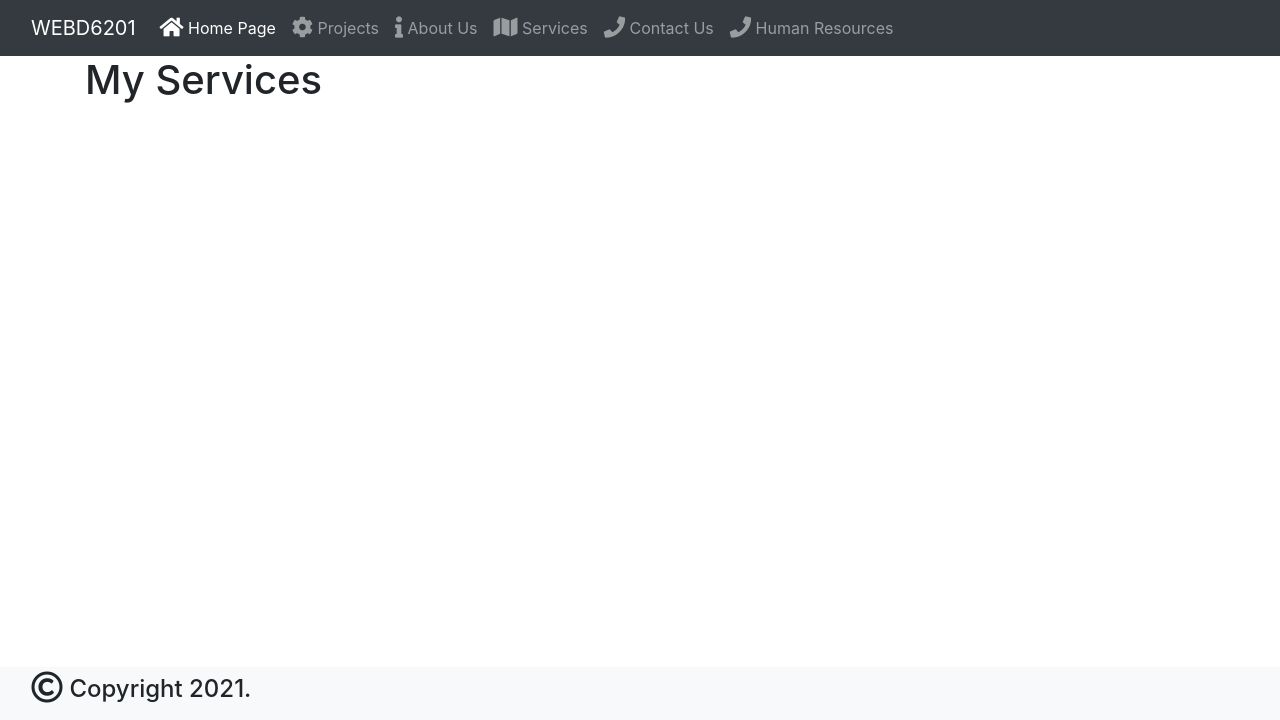
Repository: arbin6ix/ICE-2
Page: services.html
These files come from the project's save history. The page is drawn as it stood at one moment and after the next save; the edit follows.
The browser window is 1280 px wide. The pictures show the whole page.

Above is the page before, as saved 2021-02-05 22:41:18.

### services.html
<!DOCTYPE html>
<html lang="en">
<head>
    <meta charset="UTF-8">
    <meta name="viewport" content="width=device-width, initial-scale=1.0">
    <title>Services</title>
    <!-- CSS Section -->
    <link rel="stylesheet" href="./node_modules/bootstrap/dist/css/bootstrap.min.css">
    <link rel="stylesheet" href="./node_modules/@fortawesome/fontawesome-free/css/all.min.css">
    <link rel="stylesheet" href="./Content/app.css">
</head>
<body>
    <!-- Main Header -->
    <header>
        <!-- Main Navigation -->
        <nav class="navbar navbar-expand-lg navbar-dark bg-dark">
          <div class="container-fluid">
            <a class="navbar-brand" href="services.html">WEBD6201</a>
            <button class="navbar-toggler" type="button" data-bs-toggle="collapse" data-bs-target="#navbarSupportedContent" aria-controls="navbarSupportedContent" aria-expanded="false" aria-label="Toggle navigation">
              <span class="navbar-toggler-icon"></span>
            </button>
            <div class="collapse navbar-collapse" id="navbarSupportedContent";>
              <ul class="navbar-nav me-auto mb-2 mb-lg-0">
                <li class="nav-item">
                  <a class="nav-link active" aria-current="page" href="index.html"><i class="fas fa-home fa-lg"></i> Home Page</a>
                </li>

                <li class="nav-item">
                  <a class="nav-link" aria-current="page" href="projects.html"><i class="fas fa-cog fa-lg"></i> Projects</a>
                </li>

                <li class="nav-item">
                  <a class="nav-link" aria-current="page" href="about.html"><i class="fas fa-info fa-lg"></i> About Us</a>
                </li>

                <li class="nav-item">
                  <a class="nav-link" aria-current="page" href="services.html"><i class="fas fa-map fa-lg"></i> Services</a>
                </li>

                <li class="nav-item">
                  <a class="nav-link" aria-current="page" href="contact.html"><i class="fas fa-phone fa-lg"></i> Contact Us</a>
                </li>

                <li class="nav-item">
                  <a class="nav-link" aria-current="page" href="human-resources.html"><i class="fas fa-phone fa-lg"></i> Human Resources</a>
                </li>
              </ul>
            </div>
          </div>
        </nav>
  </header>
    <!-- Main Content -->
    <main class="container">
        <h1>My Services</h1>

    </main>

    <!-- Main Footer -->
    <footer>
        <nav class="navbar fixed-bottom navbar-light bg-light">
            <div class="container-fluid">
              <h4><i class="far fa-copyright fa-lg"></i> Copyright 2021.</h4>
            </div>
          </nav>
    </footer>

    <!-- Script Section-->
    <script src="./node_modules/jquery/dist/jquery.min.js"></script>
    <script src="./node_modules/bootstrap/dist/js/bootstrap.bundle.min.js"></script>
    <script src="./Scripts/app.js"></script>
</body>
</html>

### Scripts/app.js
/* custom JavaScript goes here */

//IIFE - Immediately Invoked Function Expression
//AKA - Anonymous Self-Executing Function
//Closure - limits scope leak

"use strict";
//Contact Class


(function()
{
    function displayHome()
    {
        let paragraphOneText =
          "This is a simple site to demonstrate DOM Manipulation for ICE 2";

        let paragraphOneElement = document.getElementById("paragraphOne");

        paragraphOneElement.textContent = paragraphOneText;
        paragraphOneElement.className = "fs-5";

        // Step 1. document.createElement
        let newParagraph = document.createElement("p");
        // Step 2. configure the element
        newParagraph.setAttribute("id", "paragraphTwo");
        newParagraph.textContent = "...And this is paragraph two";
        // Step 3. select the parent element
        let mainContent = document.getElementsByTagName("main")[0];
        // Step 4. Add / Insert the element
        mainContent.appendChild(newParagraph);

        newParagraph.className = "fs-6";

        // another way of injecting content
        let paragraphDiv = document.createElement("div");
        let paragraphThree = `<p id="paragraphThree" class="fs-7 fw-bold">And this is the Third Paragraph</p>`;
        paragraphDiv.innerHTML = paragraphThree;

        // insertions

        // example of inserting before a node
        //newParagraph.before(paragraphDiv);

        // example of inserting after a node
        newParagraph.after(paragraphDiv);

        // deletions

        // example of removing a single element
        //paragraphOneElement.remove();

        // example of removeChild
        mainContent.removeChild(paragraphOneElement);

        // update / modification
        //mainContent.firstElementChild.textContent = "Welcome Home!";

        mainContent.innerHTML = `<h1 id="firstHeading">Welcome to WEBD6201 - Lab 1</h1>
         <p id="paragraphOne" class="fs-3 fw-bold">This is my first Paragraph</p>
        `;

    }

    function displayAbout()
    {

    }

    function displayProjects()
    {

    }

    function displayServices()
    {

    }

    function displayContact()
    {
        let messageArea = document.getElementById("messageArea");
        messageArea.hidden = true;

        // form validation
        let fullName = document.getElementById("fullName");
        fullName.addEventListener("blur", function() {
            if(fullName.value.length < 2)
            {
                fullName.focus();
                fullName.select();
                messageArea.hidden = false;
                messageArea.className = "alert alert-danger";
                messageArea.textContent = "Please enter an appropriate Name";
            }
            else
            {
                messageArea.removeAttribute("class");
                messageArea.hidden = true;
            }
        });

        let sendButton = document.getElementById("sendButton");
        sendButton.addEventListener("click", function(event){
            //event.preventDefault();


            let contact = new Contact(fullName.value, contactNumber.value, emailAddress.value);
              localStorage.setItem((localStorage.length + 1).toString(), contact.serialize());







        });
    }

    function displayContactList()
    {
      if (localStorage.length > 0)
      {
        let contactList = document.getElementById("contactList");

        let data = "";

        for (let index = 0; index < localStorage.length; index++)
        {
          let contactData = localStorage.getItem((index + 1).toString());

          let contact = new Contact();
          contact.deserialize(contactData);

          data += `<tr>
          <th scope="row">${index + 1}</th>
          <td>${contact.FullName}</td>
          <td>${contact.ContactNumber}</td>
          <td>${contact.EmailAddress}</td>
        </tr>`;
        }

        contactList.innerHTML = data;
      }
    }



    function Start()
    {
        console.log("App Started...");

        switch (document.title)
        {
          case "Home":
              displayHome();
            break;
          case "About":
              displayAbout();
            break;
          case "Projects":
              displayProjects();
            break;
          case "Services":
              displayServices();
            break;
          case "Contact":
              displayContact();
            break;
          case "Contact-List":
            displayContactList();
          break;
        }

    }

    window.addEventListener("load", Start);

})();

Loaded but not shown: node_modules/bootstrap/dist/css/bootstrap.min.css (library); node_modules/@fortawesome/fontawesome-free/css/all.min.css (library); Content/app.css (common file); node_modules/jquery/dist/jquery.min.js (library); node_modules/bootstrap/dist/js/bootstrap.bundle.min.js (library)

After the next save:
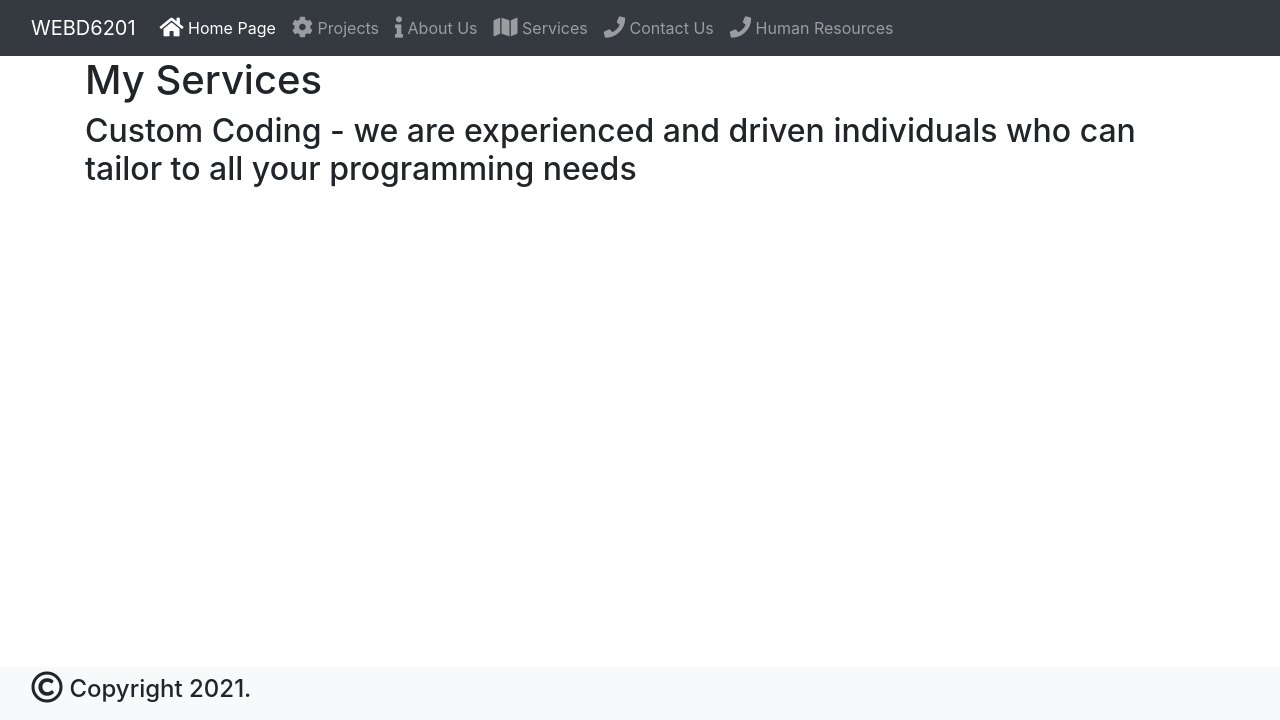
Saved 107 s later.
--- a/services.html
+++ b/services.html
@@ -52,7 +52,7 @@
     <!-- Main Content -->
     <main class="container">
         <h1>My Services</h1>
-
+        <h2>Custom Coding - we are experienced and driven individuals who can tailor to all your programming needs</h2>
     </main>
 
     <!-- Main Footer -->
